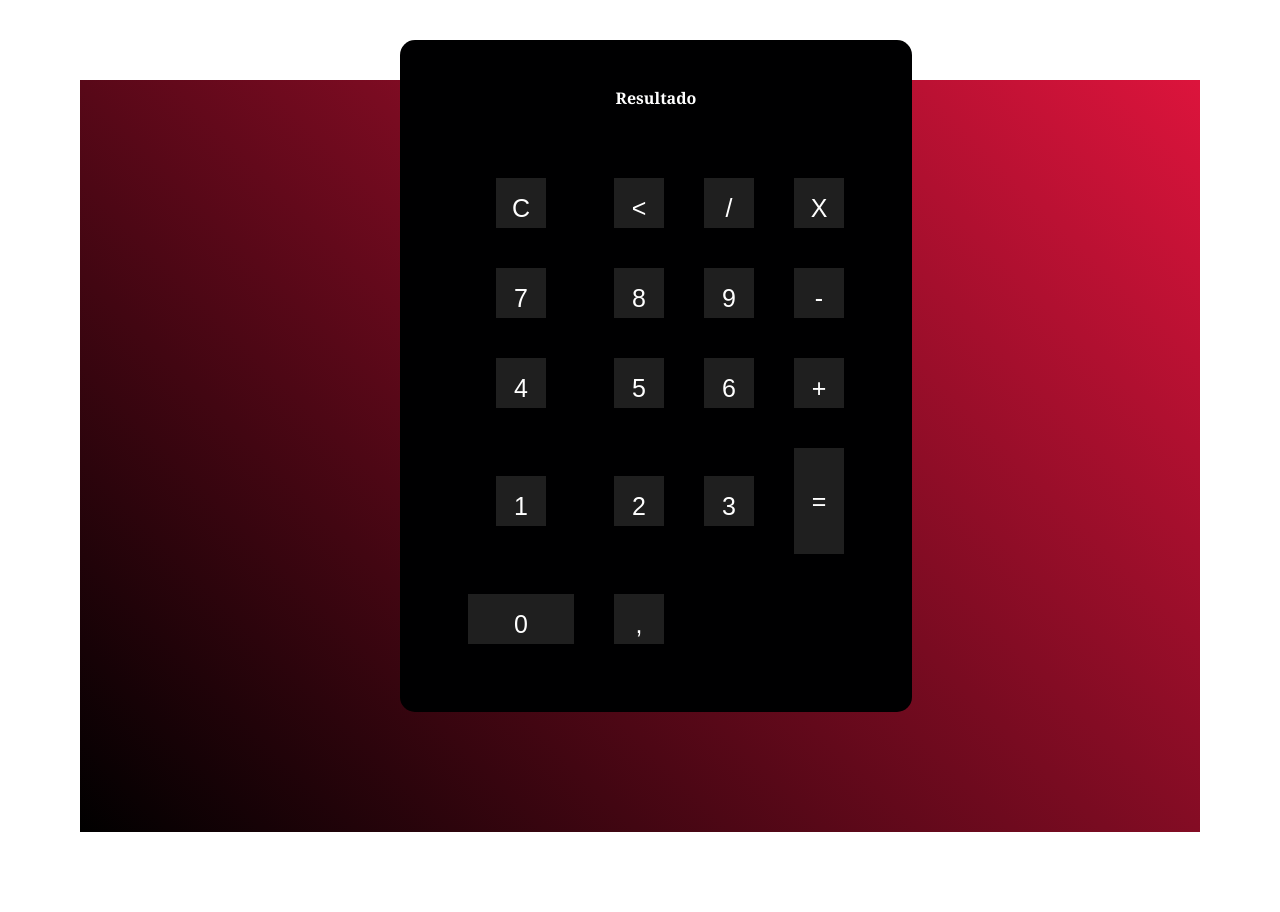
Repository: marllon-hetzler/calculadora.js
Page: interface.html
The author's editor kept a copy of each file at every save. The page is drawn from the files as they stood at one save, then again after the next save.
The browser window is 1280 px wide. The pictures show the whole page.

Above is the page before, as saved 2022-11-04 19:39:50.

After the next save:
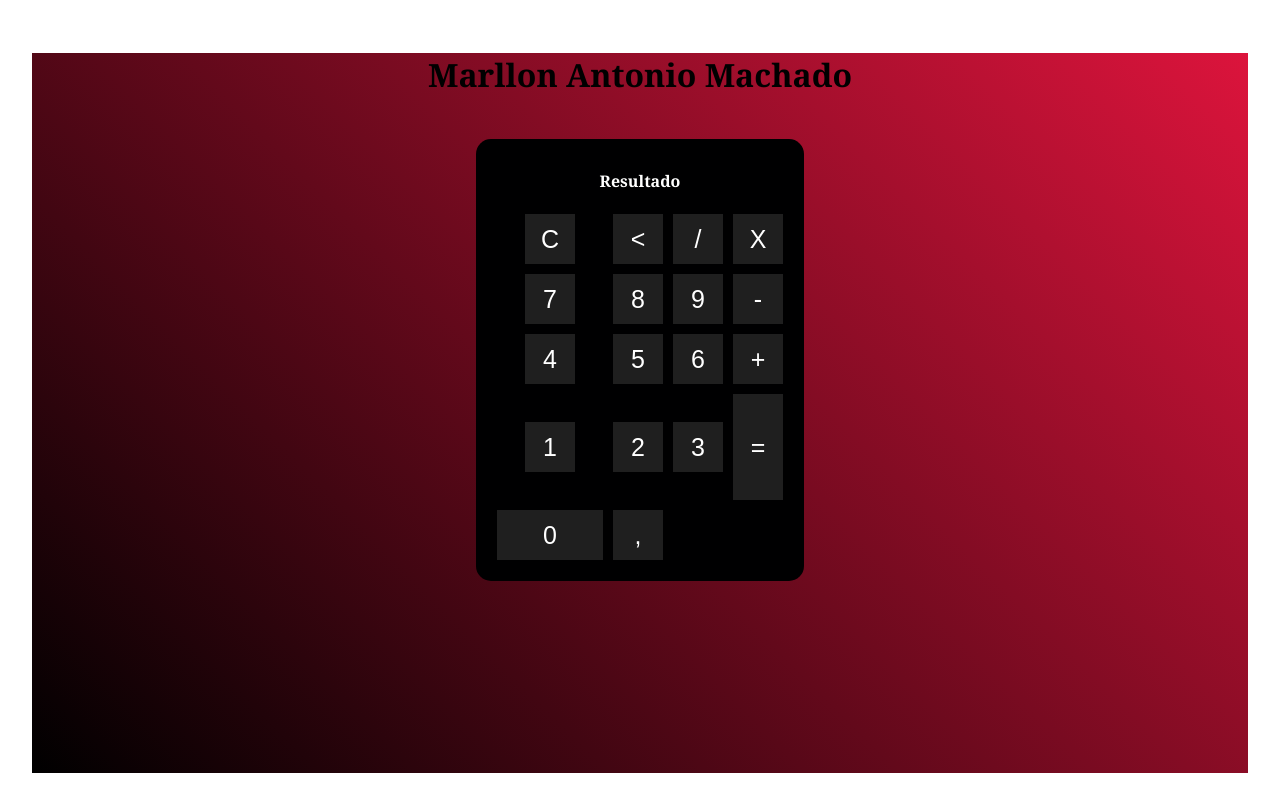
Saved 32 s later.
--- a/interface.html
+++ b/interface.html
@@ -8,7 +8,7 @@
 </head>
 
     <style>
-        *{
+        body{
             margin: 1rem;
             padding: 1rem;
         }
